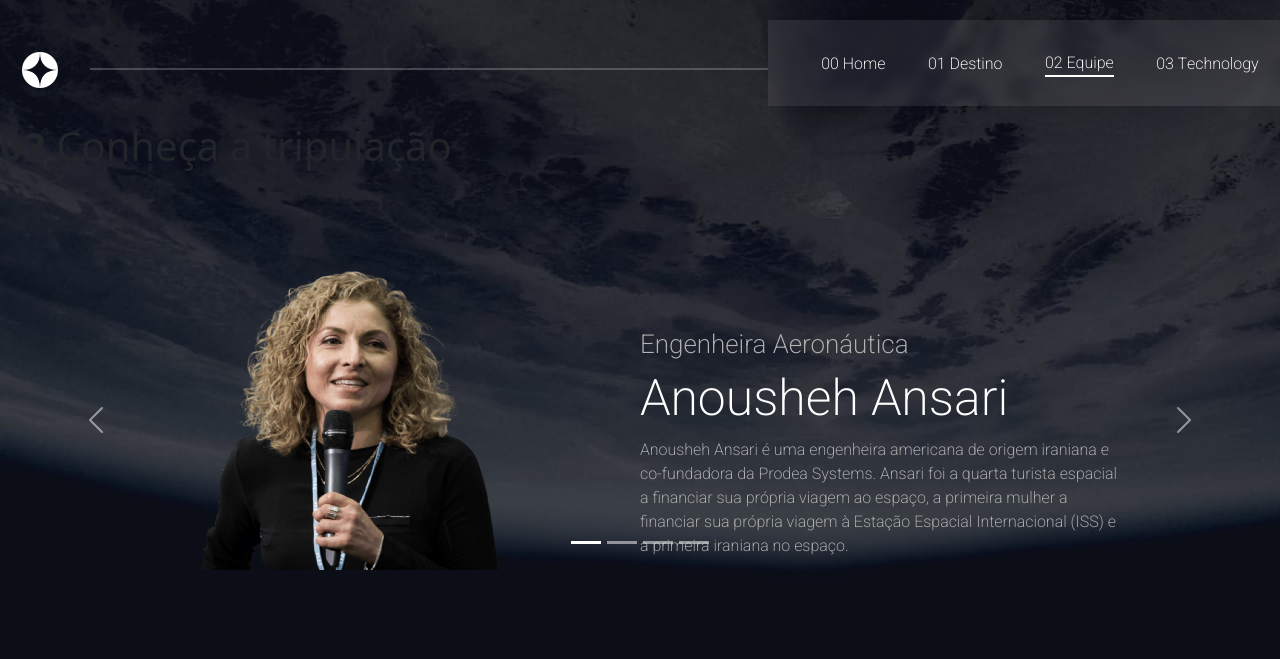
Repository: Leonngc/space-site
Page: crew-commander.html
These files come from the project's save history. The page is drawn as it stood at one moment and after a run of saves; the edit follows.
The browser window is 1280 px wide. The pictures show the whole page.

Above is the page before, as saved 2023-05-01 16:24:29.

After the next 2 saves:
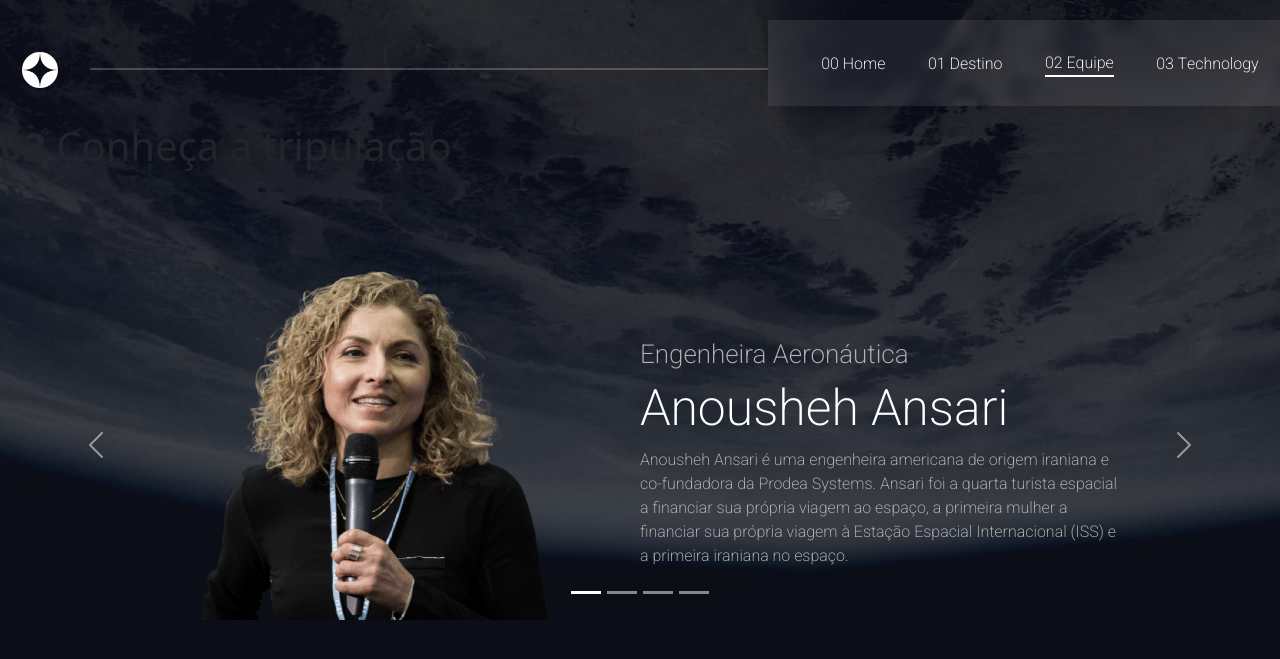
The 2 saves are shown as one change because they came seconds apart.
The last was saved 19 s later.
--- a/starter-code/styles/crew.css
+++ b/starter-code/styles/crew.css
@@ -22,8 +22,8 @@ body{
 
 .carousel-inner img{
     margin-left: 200px;
-    width: 300px;
-    height: 300px;
+    width: 350px;
+    height: 350px;
 }
 
 .text-box{
